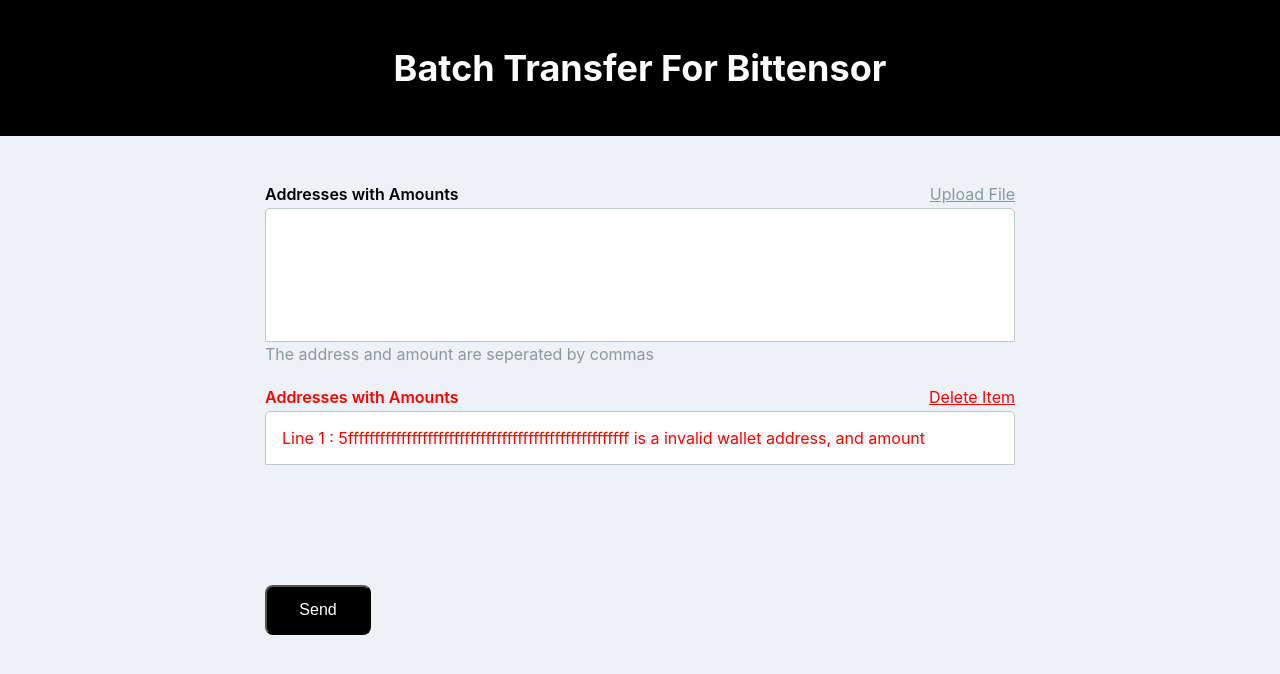
Repository: Dawid-Ace/batch_transfer_tao_master_ui
Page: /
The author's editor kept a copy of each file at every save. The page is drawn from the files as they stood at one save, then again after the next save.
The browser window is 1280 px wide. The pictures show the whole page.
The project was rebuilt for these pictures with package versions that can differ from the ones it lists, and the page was loaded fresh each time.

Above is the page before, as saved 2023-05-10 04:42:47.

After the next save:
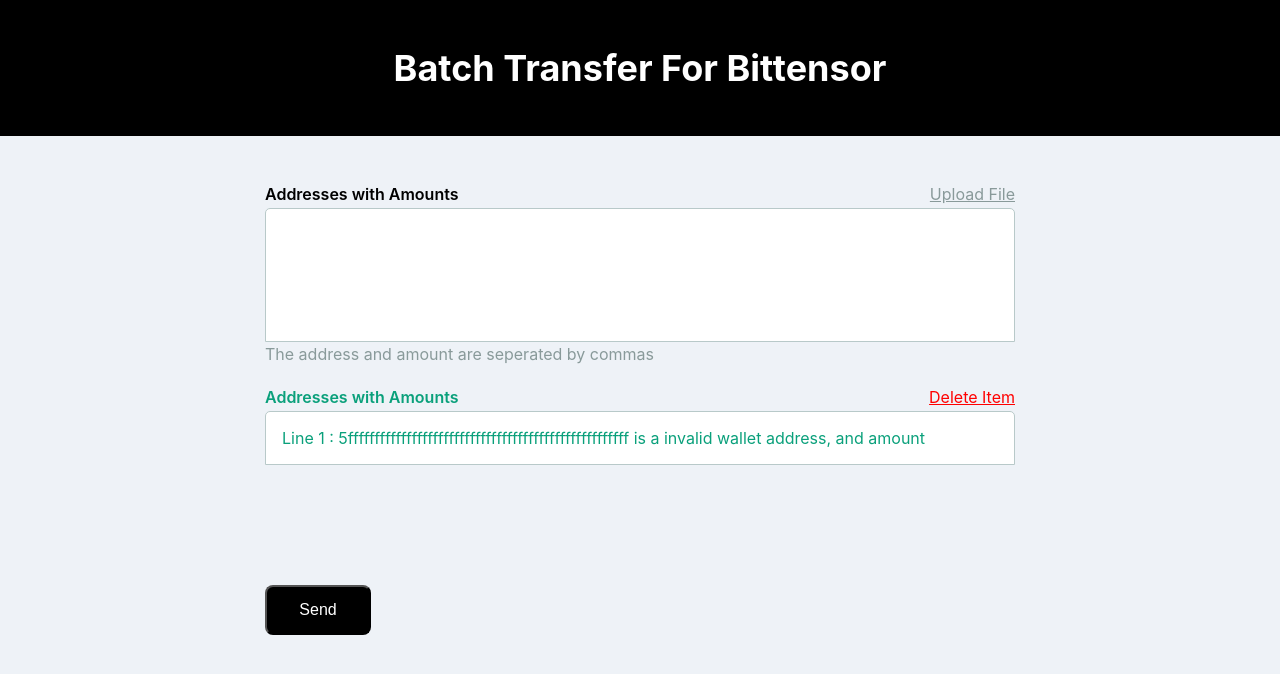
Saved 2 min 32 s later.
--- a/src/components/TransferForm/index.jsx
+++ b/src/components/TransferForm/index.jsx
@@ -182,7 +182,7 @@
         {isInputMode ? 'The address and amount are seperated by commas' : 'Accepted CSV/Excel/Txt'}
       </Comment>
 
-      <ResultWrapper color='red'>
+      <ResultWrapper color='#0AA07B'>
         <FlexWrapper>
           <Label> Addresses with Amounts </Label>
           <Switch alert={true}>
